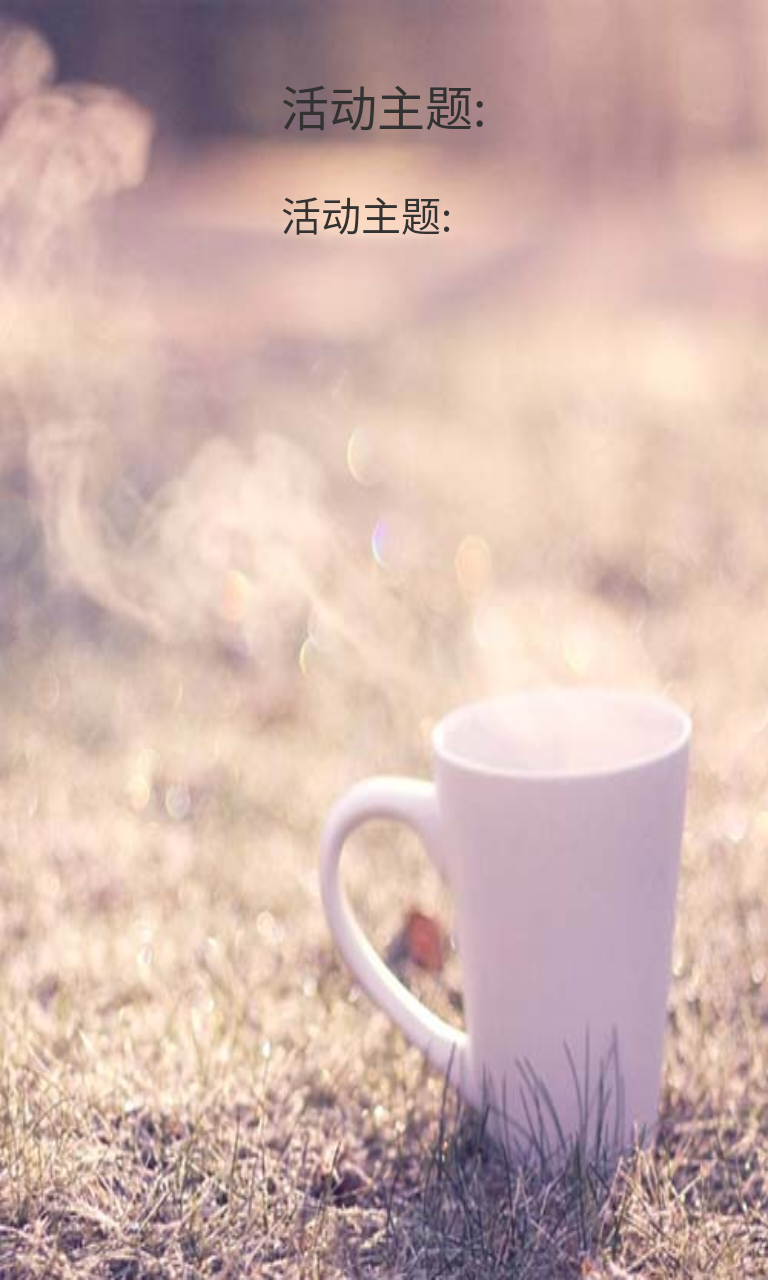
Repository: aojue/HappyAA
Layout: HappyAA/res/layout/two_activity.xml
These files come from the project's save history. The layout is drawn as it stood at one moment and after the next save; the edit follows.
It is drawn on a 768 x 1280 px phone screen (xhdpi) without system bars, with theme AppTheme; the app's code is not run.

Above is the layout before, as saved 2014-10-25 07:53:59.

### HappyAA/res/layout/two_activity.xml
<?xml version="1.0" encoding="utf-8"?>
<RelativeLayout xmlns:android="http://schemas.android.com/apk/res/android"
    xmlns:tools="http://schemas.android.com/tools"
    android:layout_width="match_parent"
    android:layout_height="match_parent"
    android:background="@drawable/ic_lb_c"
    android:paddingBottom="@dimen/activity_vertical_margin"
    android:paddingLeft="@dimen/activity_horizontal_margin"
    android:paddingRight="@dimen/activity_horizontal_margin"
    android:paddingTop="@dimen/activity_vertical_margin"
    tools:context=".TwoActivity" >

            <TextView
                android:id="@+id/text1"
                android:layout_width="wrap_content"
                android:layout_height="wrap_content"
                android:layout_alignParentTop="true"
                android:layout_centerHorizontal="true"
                android:layout_marginTop="19dp"
                android:text="@string/textview1"
                android:textSize="24sp" />

             <TextView
                 android:id="@+id/text2"
                 android:layout_width="wrap_content"
                 android:layout_height="wrap_content"
                 android:layout_alignLeft="@+id/text1"
                 android:layout_below="@+id/text1"
                 android:layout_marginTop="22dp"
                 android:text="@string/textview1"
                 android:textSize="20sp" />

</RelativeLayout>

### HappyAA/res/values/strings.xml
<?xml version="1.0" encoding="utf-8"?>
<resources>

    <string name="app_name">HappyAA</string>
    <string name="new_name">新建活动</string>
    <string name="tell_name">历史讨论组</string>
    <string name="creat_name">创建讨论组</string>
    <string name="action_settings">Settings</string>
    <string name="addnew">新建</string>
    <string name="makesure">确定</string>
	<string name="button1">New</string>
	<string name="textview1">活动主题:</string>
	<string name="textview2">活动口号:</string>
	<string name="textview3">活动时间:</string>
	<string name="btn_caozuo">操作</string>
	<string name="btn_send">发送</string>
	<string name="view_user">胡宪威</string>
	<string name="btn_normal_voice">按住 说话</string>
    <string name="btn_press_voice">松开 结束</string>
</resources>

Loaded but not shown: HappyAA/res/values/styles.xml (common file); HappyAA/res/values-v11/styles.xml (common file); HappyAA/res/values-v14/styles.xml (common file); HappyAA/res/values/dimens.xml (common file); HappyAA/res/values-w820dp/dimens.xml (common file)

After the next save:
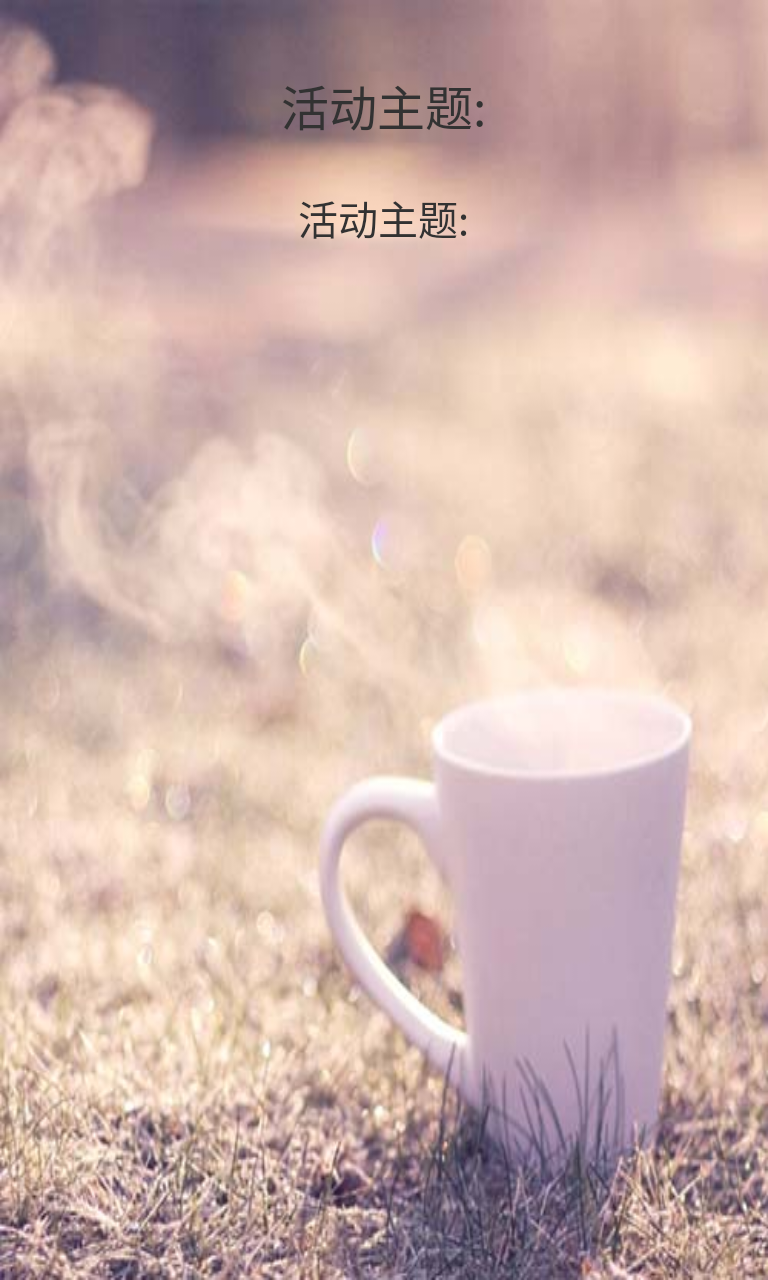
Saved 10 s later.
--- a/HappyAA/res/layout/two_activity.xml
+++ b/HappyAA/res/layout/two_activity.xml
@@ -24,9 +24,9 @@
                  android:id="@+id/text2"
                  android:layout_width="wrap_content"
                  android:layout_height="wrap_content"
-                 android:layout_alignLeft="@+id/text1"
                  android:layout_below="@+id/text1"
-                 android:layout_marginTop="22dp"
+                 android:layout_centerHorizontal="true"
+                 android:layout_marginTop="24dp"
                  android:text="@string/textview1"
                  android:textSize="20sp" />
 
